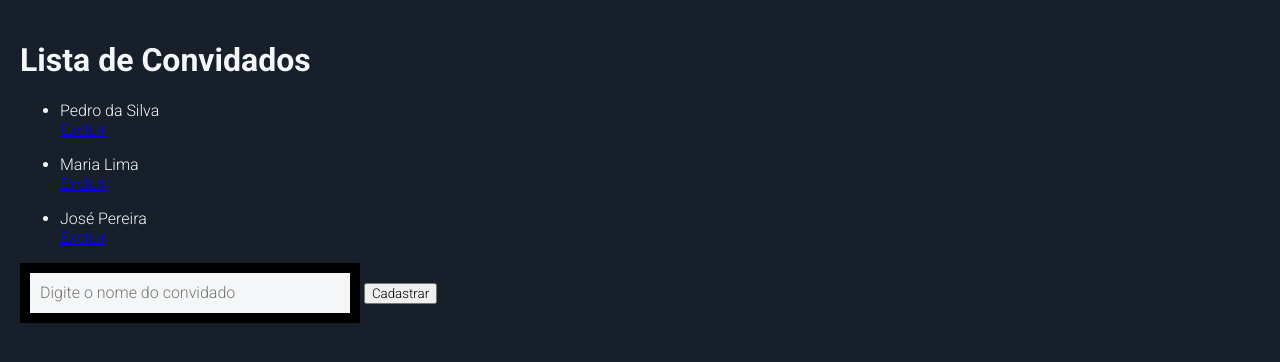
Repository: andrevff/lista-de-convidados
Page: index.html
The author's editor kept a copy of each file at every save. The page is drawn from the files as they stood at one save, then again after the next save.
The browser window is 1280 px wide. The pictures show the whole page.

Above is the page before, as saved 2022-11-29 17:31:17.

After the next save:
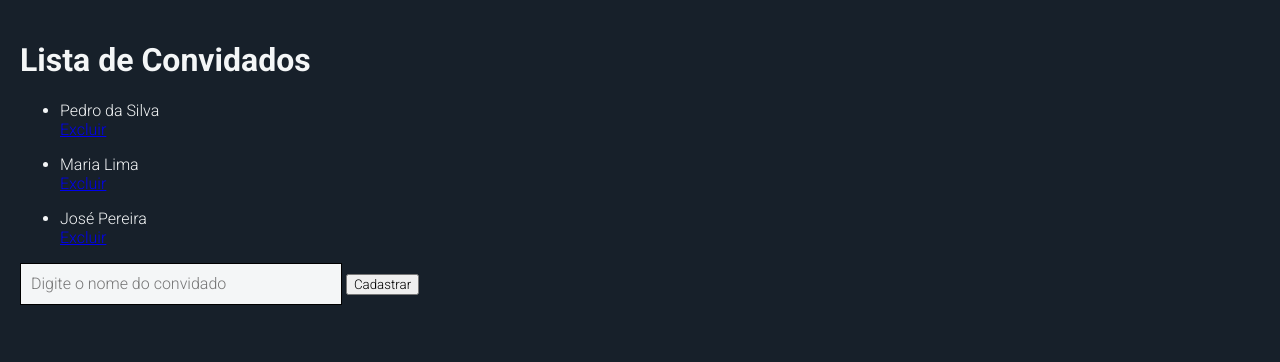
Saved 8 s later.
--- a/assets/css/styles.css
+++ b/assets/css/styles.css
@@ -20,5 +20,5 @@
     padding: 10px;
     font-size: 1em;
     background-color: #F4F6F7;
-    border: 10px solid
+    border: 1px solid
 }
